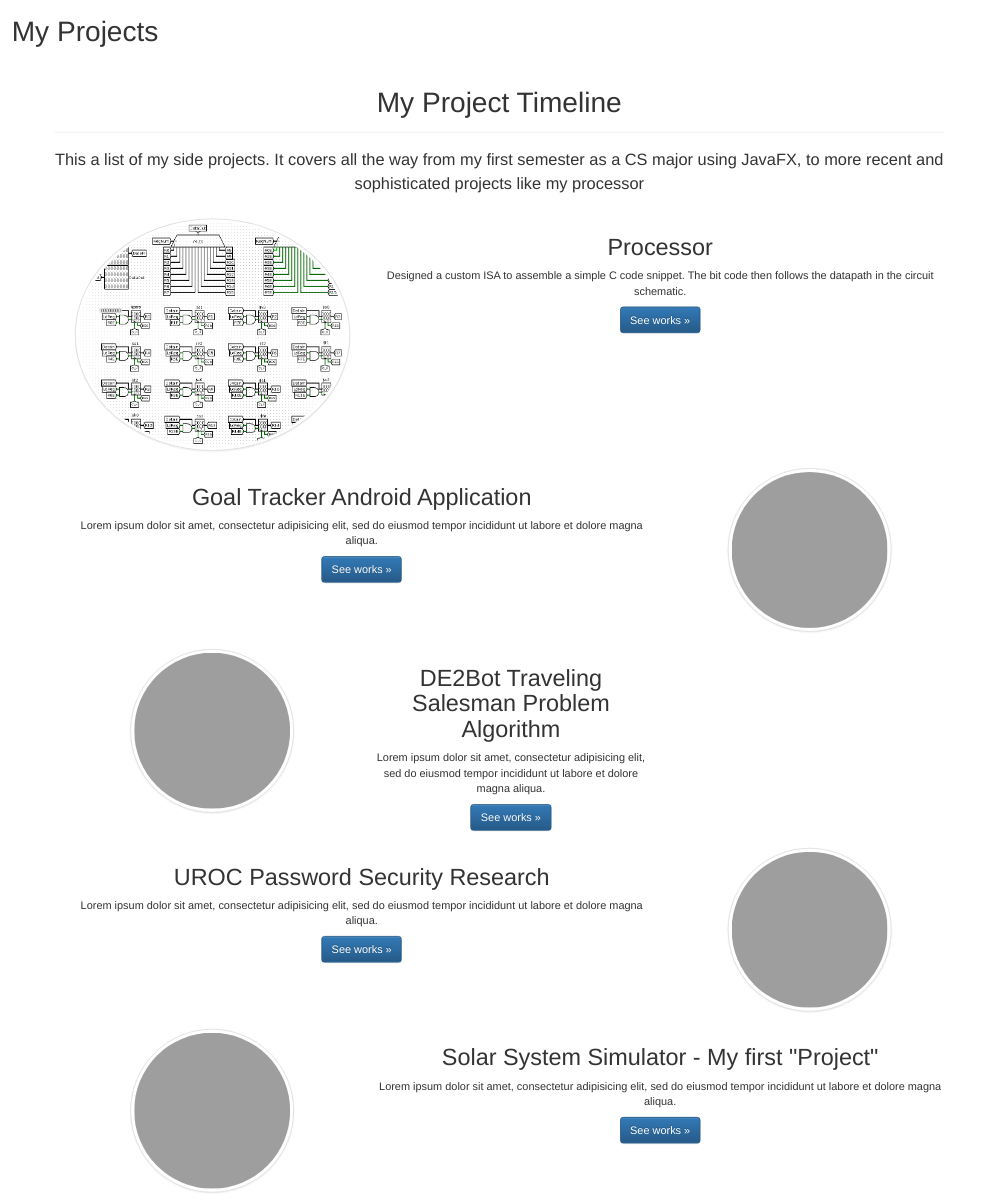
Repository: austinHerring/PersonalWebsite
Page: PersonalWebsite/WebContent/projects.html
An editor plug-in stored every save of this project. The page is shown before and after the next save, followed by the edit.
The browser window is 1280 px wide. The pictures show the whole page, at 78% of full size.
Pictures or frames that could not be fetched are drawn as grey boxes.

Above is the page before, as saved 2016-05-28 05:58:28.

### PersonalWebsite/WebContent/projects.html
<html>
	<head>
		<meta charset="utf-8"/>
		<title>Projects - Austin</title>
		<link rel="stylesheet" href="css/bootstrap.min.css">
		<link rel="stylesheet" href="css/bootstrap-theme.min.css">
		<link rel="stylesheet" href="css/projects.css">
	</head>
	<body>
		<div class="container-fluid">
			<div class="row">
				<div class="col-lg-12">
					<h1>My Projects</h1>
				</div>
			</div>
			<div class="row">
				<div class="col-lg-12">
				</div>
			</div>
		</div>

		<script src="js/jquery.min.js"></script>
		<script src="js/bootstrap.min.js"></script>
	</body>

	<div class="container">
  <div class="page-header">
    <h1 class="text-center">My Project Timeline</h1>
  </div>
  <p class="lead text-center">This a list of my side projects. It covers all the way from my first semester as a CS major using JavaFX, to more recent and sophisticated projects like my processor</p>
  <div class="container">
    <div class="row stylish-panel">
      <div class="col-md-4">
        <div>
          <img src="images/processor.png" alt="Register File" class="img-circle img-thumbnail">
        </div>
      </div>
      <div class="col-md-8">
        <div>
          <h2>Processor</h2>
          <p>Designed a custom ISA to assemble a simple C code snippet. The bit code then follows the datapath in the circuit schematic.
          </p>
          <a href="#" class="btn btn-primary" title="See more">See works »</a>
        </div>
      </div>
    </div>
    <div class="row stylish-panel">
      <div class="col-md-8">
        <div>
          <h2>Goal Tracker Android Application</h2>
          <p>Lorem ipsum dolor sit amet, consectetur adipisicing elit, sed do eiusmod
            tempor incididunt ut labore et dolore magna aliqua.
          </p>
          <a href="#" class="btn btn-primary" title="See more">See works »</a>
        </div>
      </div>
      <div class="col-md-4">
        <div>
          <img src="http://lorempixel.com/200/200/abstract/3/" alt="Texto Alternativo" class="img-circle img-thumbnail">
        </div>
      </div>
    </div>
    <div class="row stylish-panel">
      <div class="col-md-4">
        <div>
          <img src="http://lorempixel.com/200/200/abstract/4/" alt="Texto Alternativo" class="img-circle img-thumbnail">
        </div>
      </div>
      <div class="col-md-4">
        <div>
          <h2>DE2Bot Traveling Salesman Problem Algorithm</h2>
          <p>Lorem ipsum dolor sit amet, consectetur adipisicing elit, sed do eiusmod
            tempor incididunt ut labore et dolore magna aliqua.
          </p>
          <a href="#" class="btn btn-primary" title="See more">See works »</a>
        </div>
      </div>
    </div>
    <div class="row stylish-panel">
      <div class="col-md-8">
        <div>
          <h2>UROC Password Security Research</h2>
          <p>Lorem ipsum dolor sit amet, consectetur adipisicing elit, sed do eiusmod
            tempor incididunt ut labore et dolore magna aliqua.
          </p>
          <a href="#" class="btn btn-primary" title="See more">See works »</a>
        </div>
      </div>
      <div class="col-md-4">
        <div>
          <img src="http://lorempixel.com/200/200/abstract/5/" alt="Texto Alternativo" class="img-circle img-thumbnail">
        </div>
      </div>
    </div>
    <div class="row stylish-panel">
      <div class="col-md-4">
        <div>
          <img src="http://lorempixel.com/200/200/abstract/6/" alt="Texto Alternativo" class="img-circle img-thumbnail">
        </div>
      </div>
      <div class="col-md-8">
        <div>
          <h2>Solar System Simulator - My first "Project"</h2>
          <p>Lorem ipsum dolor sit amet, consectetur adipisicing elit, sed do eiusmod
            tempor incididunt ut labore et dolore magna aliqua.
          </p>
          <a href="#" class="btn btn-primary" title="See more">See works »</a>
        </div>
      </div>
    </div>
  </div>
</div>
<!-- /container -->
</html>

### PersonalWebsite/WebContent/css/projects.css
.stylish-panel stylish-panel-left{
    padding: 10px 0;
    text-align: left;
    padding: 10px;
    border: 1px solid transparent;
    border-radius: 4px;
    transition: 0.2s;
}
.stylish-panel {
    padding: 10px 0;
    text-align: center;
    padding: 10px;
    border: 1px solid transparent;
    border-radius: 4px;
    transition: 0.2s;
}

.stylish-panel:hover{
    margin-top: -10px;
    border: 1px solid rgb(200, 200, 200);
    box-shadow: rgba(0, 0, 0, 0.1) 0px 5px 5px 2px;
    background: rgba(200, 200, 200, 0.1);
    transition: 0.5s;
}

.stylish-panel:hover img {
    border-radius: 50%;
    -webkit-transform: rotate(360deg);
    -moz-transform: rotate(360deg);
    -o-transform: rotate(360deg);
    -ms-transform: rotate(360deg);
    transform: rotate(360deg);
}

Loaded but not shown: PersonalWebsite/WebContent/css/bootstrap.min.css (library); PersonalWebsite/WebContent/css/bootstrap-theme.min.css (library); PersonalWebsite/WebContent/js/jquery.min.js (library); PersonalWebsite/WebContent/js/bootstrap.min.js (library)

After the next save:
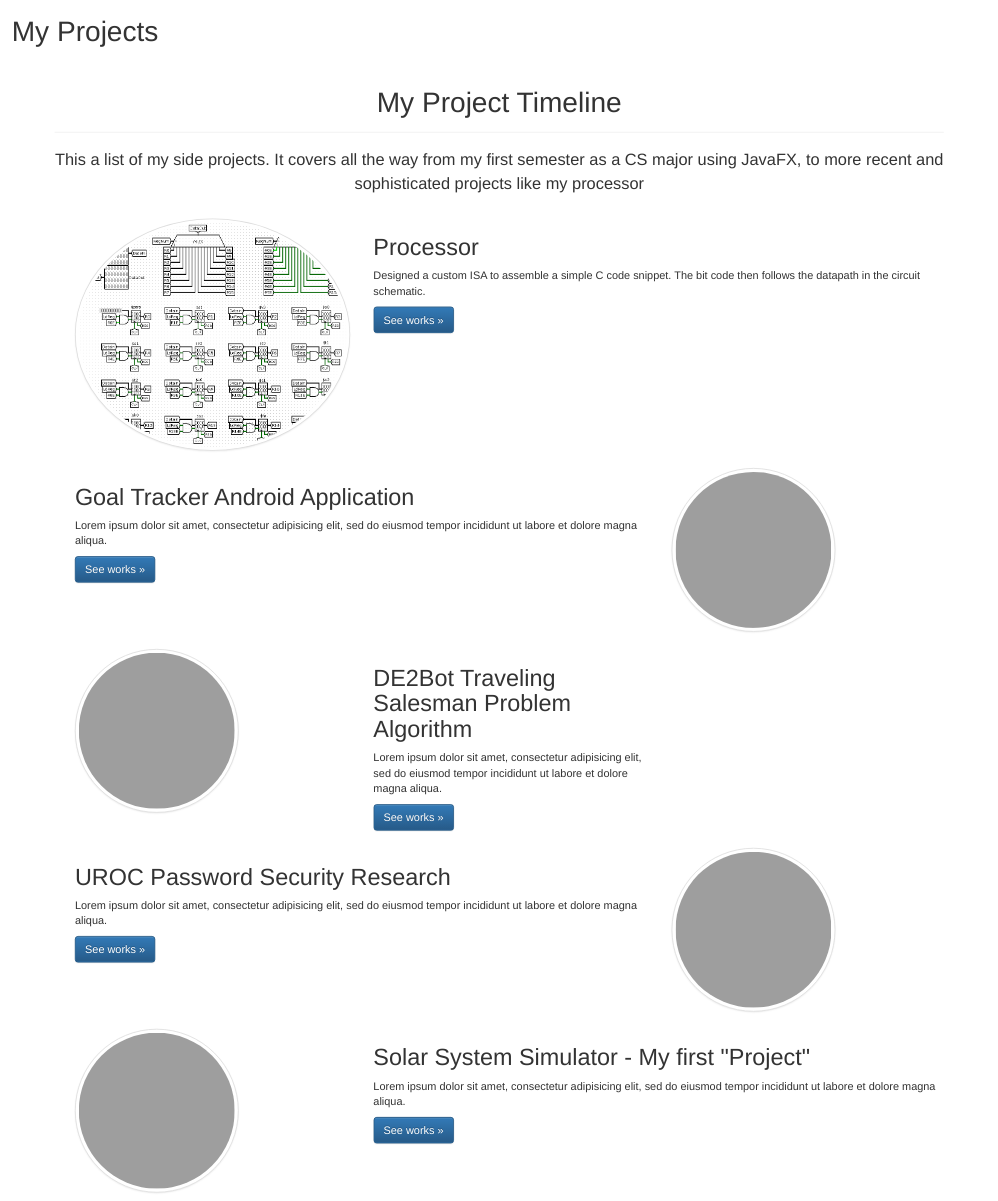
Saved 79 s later.
--- a/PersonalWebsite/WebContent/css/projects.css
+++ b/PersonalWebsite/WebContent/css/projects.css
@@ -1,14 +1,6 @@
-.stylish-panel stylish-panel-left{
+.stylish-panel{
     padding: 10px 0;
     text-align: left;
-    padding: 10px;
-    border: 1px solid transparent;
-    border-radius: 4px;
-    transition: 0.2s;
-}
-.stylish-panel {
-    padding: 10px 0;
-    text-align: center;
     padding: 10px;
     border: 1px solid transparent;
     border-radius: 4px;
